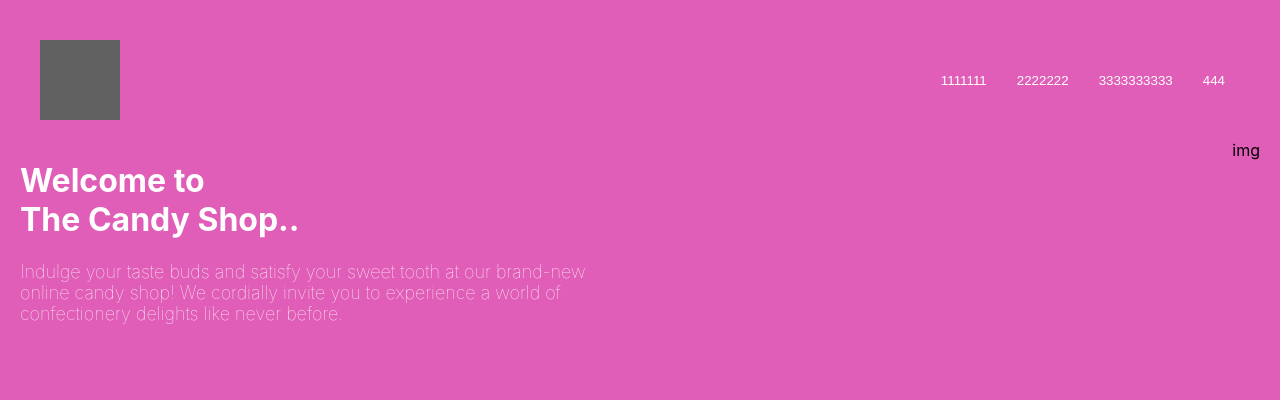
Repository: nika-otter/CandyShop
Page: /
These files come from the project's save history. The page is drawn as it stood at one moment and after the next save; the edit follows.
The browser window is 1280 px wide. The pictures show the whole page.
Pictures or frames that could not be fetched are drawn as grey boxes. An inner scrolling area shows only its first screen. The project was rebuilt for these pictures with package versions that can differ from the ones it lists, and the page was loaded fresh each time.

Above is the page before, as saved 2023-06-10 16:58:56.

After the next save:
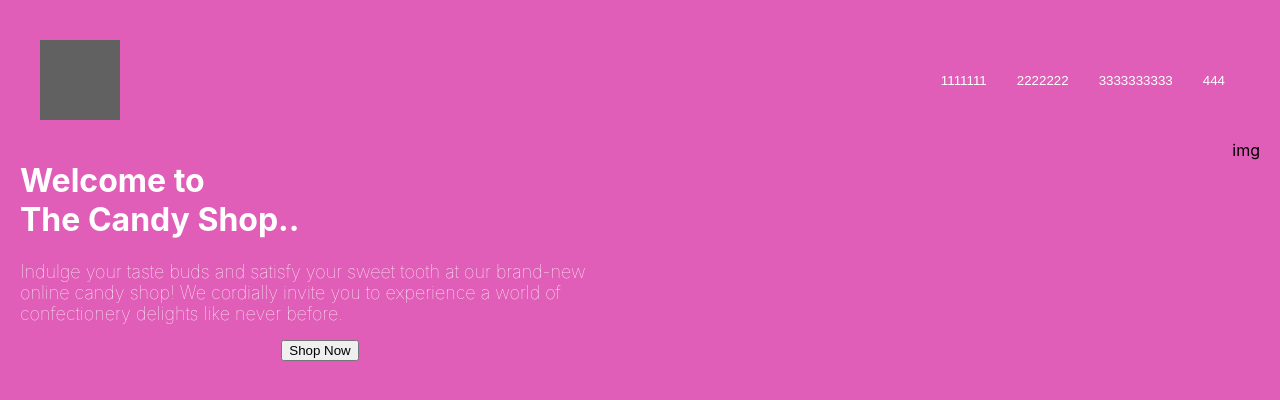
Saved 16 h 50 min later.
--- a/src/components/Cupcake.jsx
+++ b/src/components/Cupcake.jsx
@@ -16,6 +16,7 @@ function Cupcake() {
             brand-new online candy shop! We cordially invite you to experience a
             world of confectionery delights like never before.
           </h2>
+          <button className={classes.cupcake__button}>Shop Now</button>
         </div>
         <div className={classes.cupcake}>img</div>
       </div>
